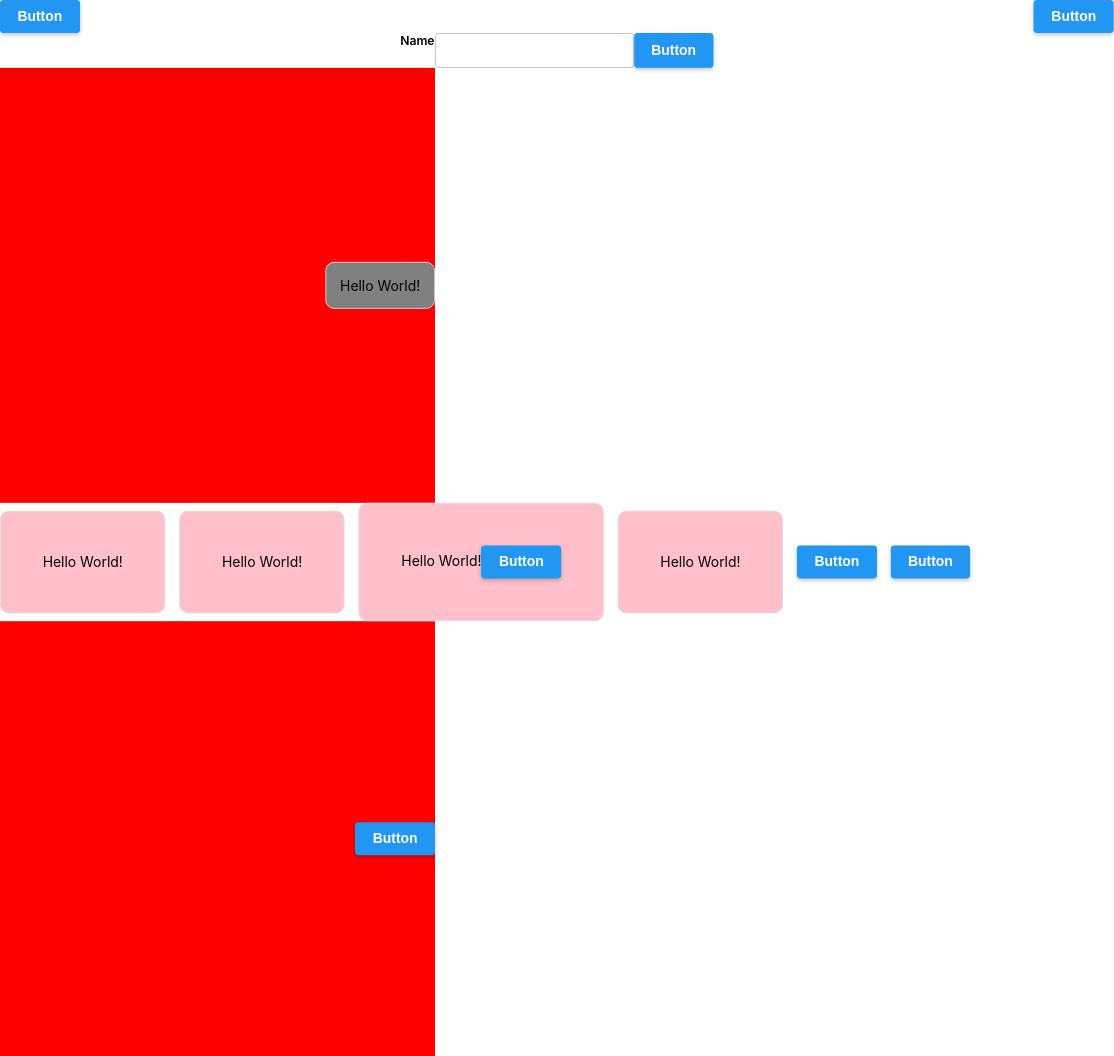
Repository: roistyx/react
Page: /layouts (app in layouts-app/)
The author's editor kept a copy of each file at every save. The page is drawn from the files as they stood at one save, then again after the next save.
The browser window is 1280 px wide. The pictures show the whole page, at 87% of full size.
The project was rebuilt for these pictures with package versions that can differ from the ones it lists, and the page was loaded fresh each time.

Above is the page before, as saved 2023-04-27 14:28:15.

After the next save:
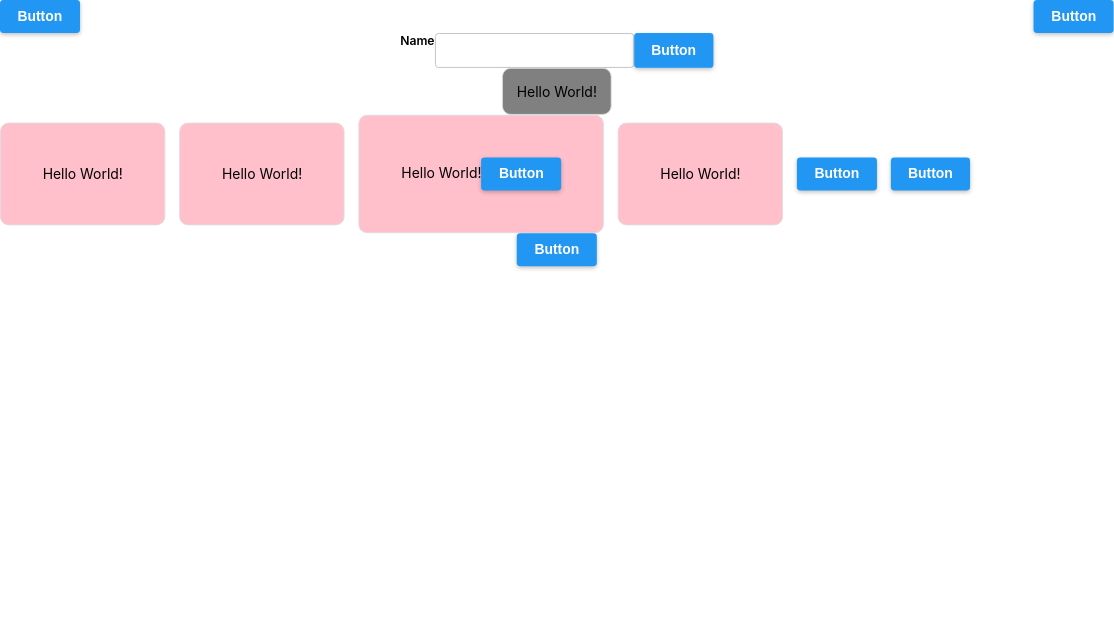
Saved 13 s later.
--- a/layouts-app/src/layouts/Line.css
+++ b/layouts-app/src/layouts/Line.css
@@ -10,10 +10,7 @@
 }
 
 .Line.center {
-	justify-content: flex-end;
-	background-color: red;
-	height: 500px;
-	width: 500px;
+	justify-content: center;
 }
 
 Line.space-evenly {
